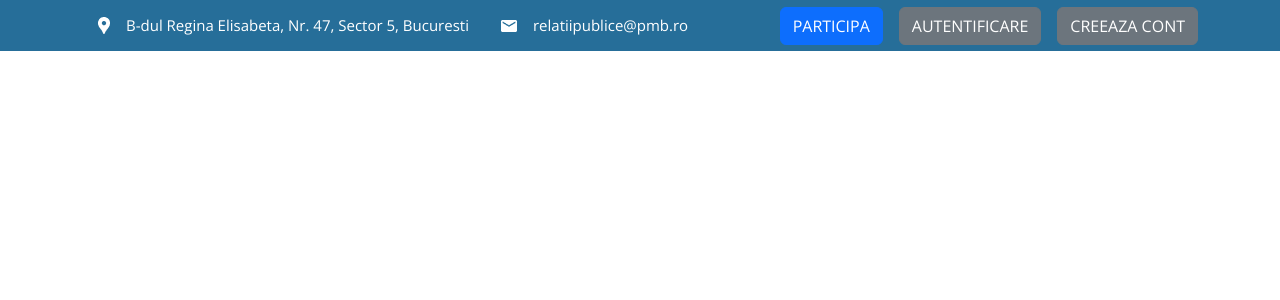
Repository: cosmin05072018/webis-task
Page: index.html
These files come from the project's save history. The page is drawn as it stood at one moment and after the next save; the edit follows.
The browser window is 1280 px wide. The pictures show the whole page.

Above is the page before, as saved 2024-09-29 12:55:53.

After the next save:
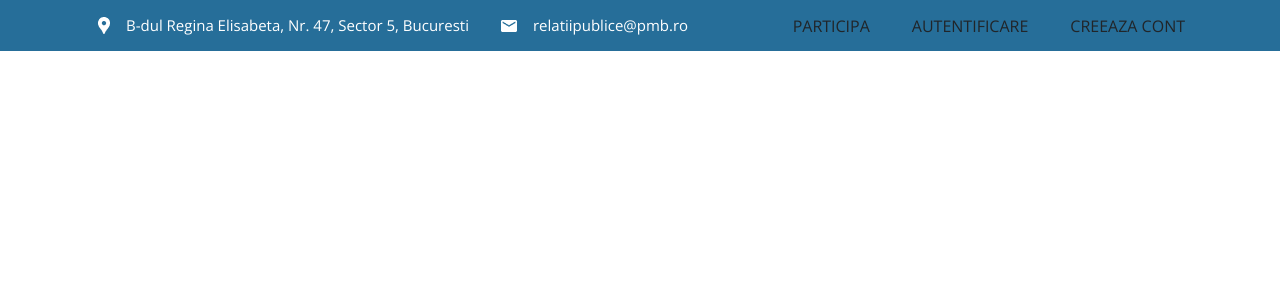
Saved 85 s later.
--- a/index.html
+++ b/index.html
@@ -22,9 +22,9 @@
         </div>
       </div>
       <div class="d-flex right-section">
-          <a href="#" class="btn btn-primary">PARTICIPA</a>
-          <a href="#" class="btn btn-secondary">AUTENTIFICARE</a>
-          <a href="#" class="btn btn-secondary">CREEAZA CONT</a>
+          <a href="#" class="btn">PARTICIPA</a>
+          <a href="#" class="btn">AUTENTIFICARE</a>
+          <a href="#" class="btn">CREEAZA CONT</a>
       </div>
     </div>
   </div>
